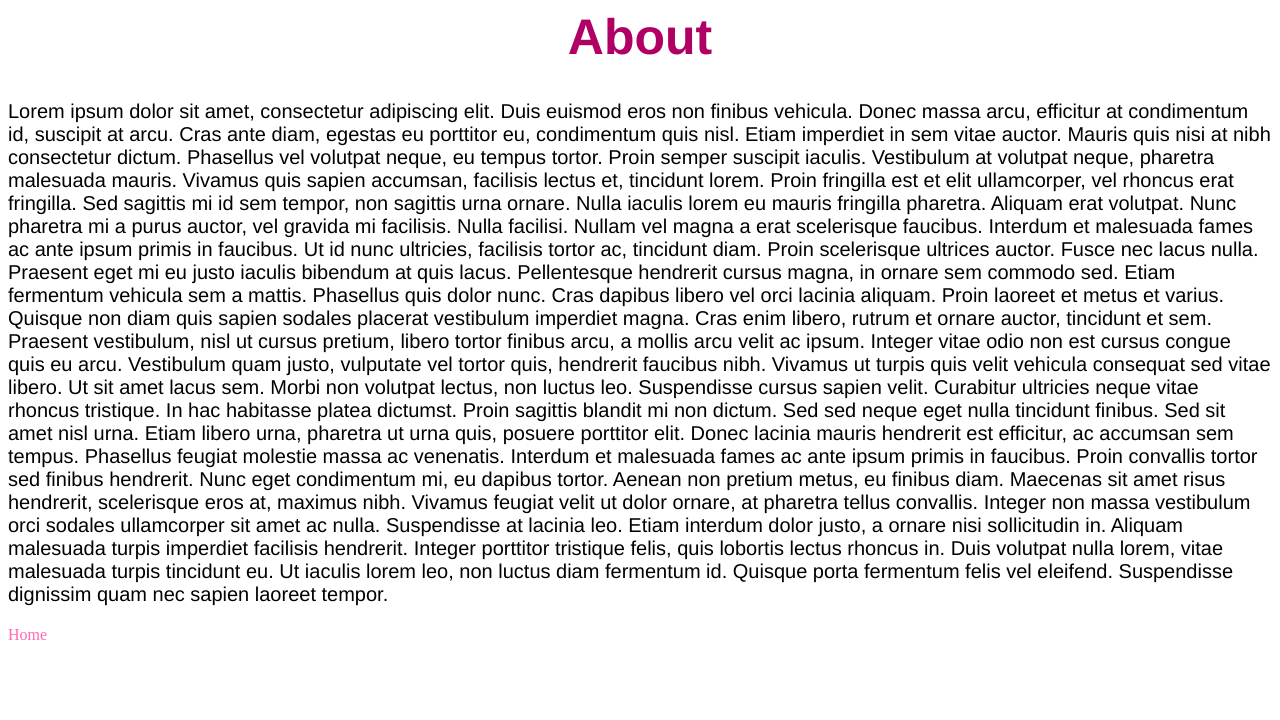
Repository: anelguel/lab18
Page: about.html
The author's editor kept a record of every edit. The page is drawn from the files as they stood at one moment, then again after the next edit.
The browser window is 1280 px wide. The pictures show the whole page.

Above is the page before.

After the next edit:
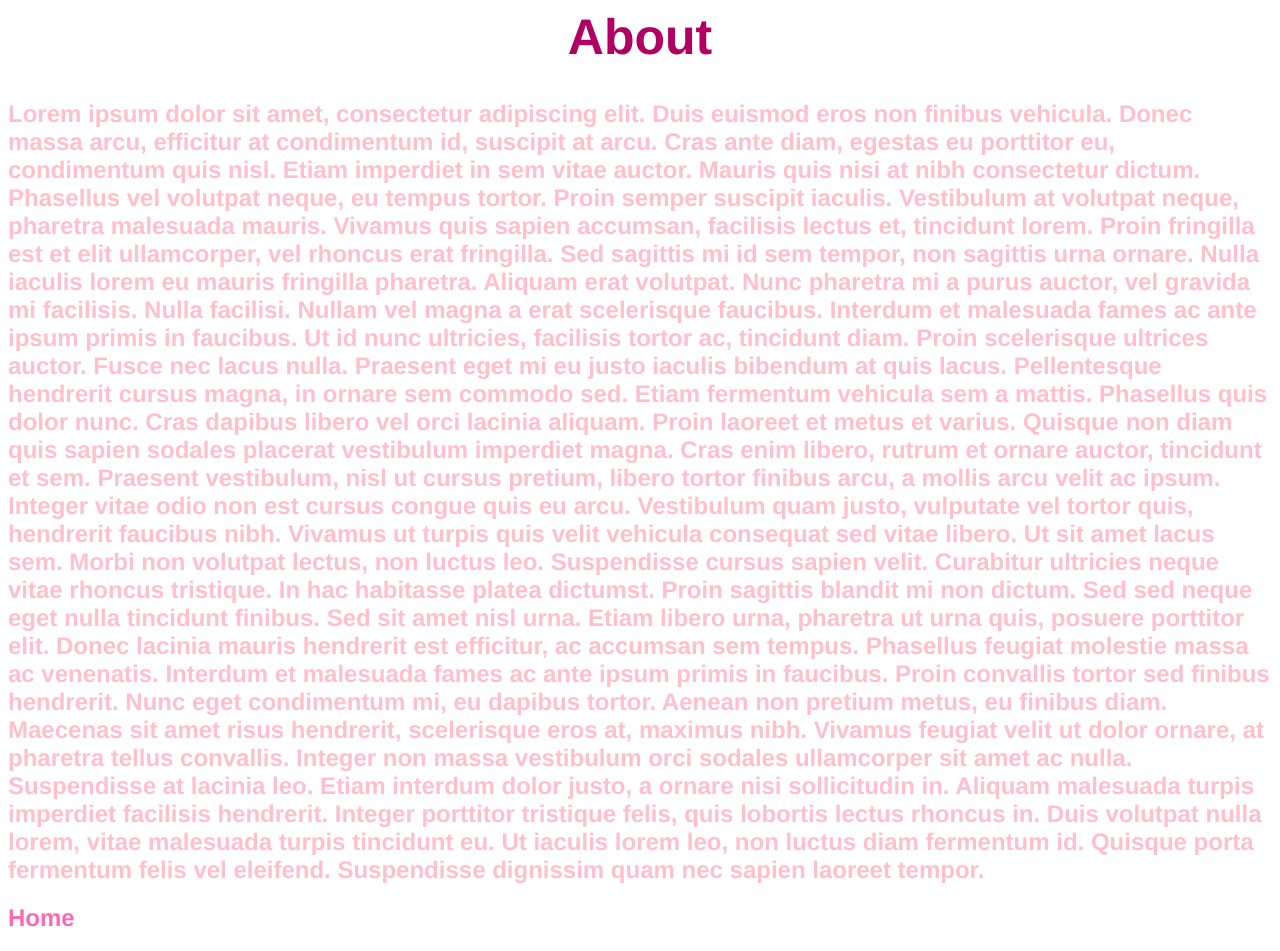
The edit:
--- a/about.html
+++ b/about.html
@@ -2,7 +2,7 @@
 
 <h1>About</h1>
 <p>
-Lorem ipsum dolor sit amet, consectetur adipiscing elit. Duis euismod eros non finibus vehicula. Donec massa arcu, efficitur at condimentum id, suscipit at arcu. Cras ante diam, egestas eu porttitor eu, condimentum quis nisl. Etiam imperdiet in sem vitae auctor. Mauris quis nisi at nibh consectetur dictum. Phasellus vel volutpat neque, eu tempus tortor. Proin semper suscipit iaculis. Vestibulum at volutpat neque, pharetra malesuada mauris. Vivamus quis sapien accumsan, facilisis lectus et, tincidunt lorem. Proin fringilla est et elit ullamcorper, vel rhoncus erat fringilla.
+<h2>Lorem ipsum dolor sit amet, consectetur adipiscing elit. Duis euismod eros non finibus vehicula. Donec massa arcu, efficitur at condimentum id, suscipit at arcu. Cras ante diam, egestas eu porttitor eu, condimentum quis nisl. Etiam imperdiet in sem vitae auctor. Mauris quis nisi at nibh consectetur dictum. Phasellus vel volutpat neque, eu tempus tortor. Proin semper suscipit iaculis. Vestibulum at volutpat neque, pharetra malesuada mauris. Vivamus quis sapien accumsan, facilisis lectus et, tincidunt lorem. Proin fringilla est et elit ullamcorper, vel rhoncus erat fringilla.
 
 Sed sagittis mi id sem tempor, non sagittis urna ornare. Nulla iaculis lorem eu mauris fringilla pharetra. Aliquam erat volutpat. Nunc pharetra mi a purus auctor, vel gravida mi facilisis. Nulla facilisi. Nullam vel magna a erat scelerisque faucibus. Interdum et malesuada fames ac ante ipsum primis in faucibus. Ut id nunc ultricies, facilisis tortor ac, tincidunt diam. Proin scelerisque ultrices auctor. Fusce nec lacus nulla. Praesent eget mi eu justo iaculis bibendum at quis lacus. Pellentesque hendrerit cursus magna, in ornare sem commodo sed.
 
